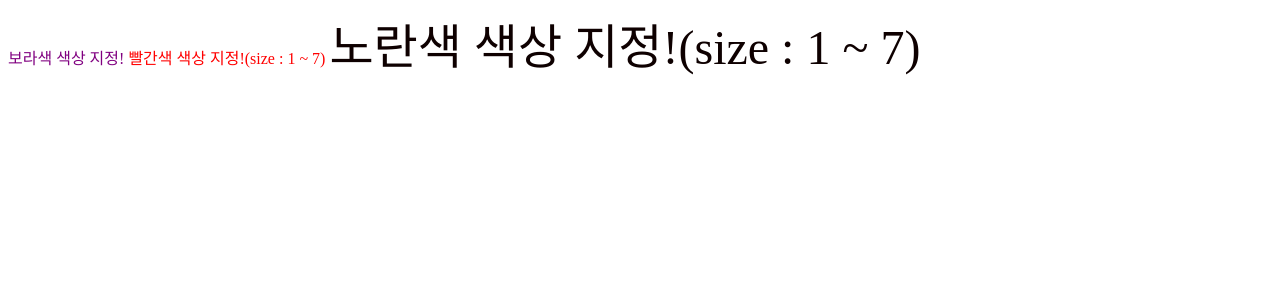
Repository: jjb5442/JSP
Page: 3Day/workspace/02_HTML_tutorial/src/main/webapp/04_Tutorial.html
These files come from the project's save history. The page is drawn as it stood at one moment and after a run of saves; the edit follows.
The browser window is 1280 px wide. The pictures show the whole page.

Above is the page before, as saved 2022-05-14 02:14:00.

### 3Day/workspace/02_HTML_tutorial/src/main/webapp/04_Tutorial.html
<!DOCTYPE html>
<html>
<head>
<meta charset="UTF-8">
<title>Insert title here</title>
</head>
<body>
	<font color="purple">보라색 색상 지정!</font>
	<font color="red" size="3">빨간색 색상 지정!(size : 1 ~ 7)</font>
	<font color="yello" size="7">노란색 색상 지정!(size : 1 ~ 7)</font>
</body>
</html>

After the next 2 saves:
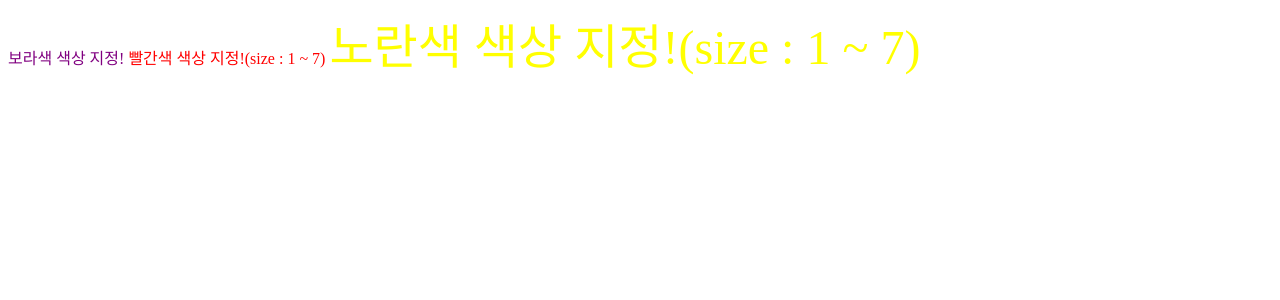
The 2 saves are shown as one change because they came seconds apart.
The last was saved 11 s later.
--- a/3Day/workspace/02_HTML_tutorial/src/main/webapp/04_Tutorial.html
+++ b/3Day/workspace/02_HTML_tutorial/src/main/webapp/04_Tutorial.html
@@ -7,6 +7,6 @@
 <body>
 	<font color="purple">보라색 색상 지정!</font>
 	<font color="red" size="3">빨간색 색상 지정!(size : 1 ~ 7)</font>
-	<font color="yello" size="7">노란색 색상 지정!(size : 1 ~ 7)</font>
+	<font color="yellow" size="7">노란색 색상 지정!(size : 1 ~ 7)</font>
 </body>
 </html>
